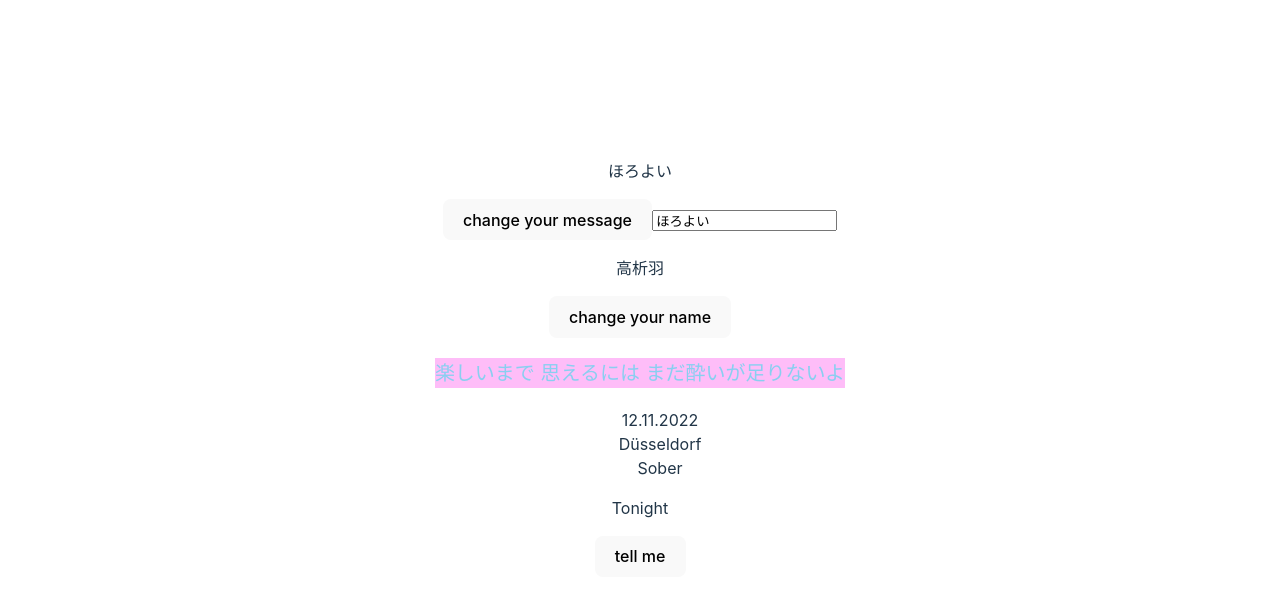
Repository: HyunraDate/NodaEmi
Page: /
The author's editor kept a copy of each file at every save. The page is drawn from the files as they stood at one save, then again after the next save.
The browser window is 1280 px wide. The pictures show the whole page.
The project was rebuilt for these pictures with package versions that can differ from the ones it lists, and the page was loaded fresh each time. Also part of the build but not shown: vite.config.js, src/components/HelloWorld.vue.

Above is the page before, as saved 2023-08-22 13:56:31.

### index.html
<!DOCTYPE html>
<html lang="en">
  <head>
    <meta charset="UTF-8" />
    <link rel="icon" type="image/svg+xml" href="/vite.svg" />
    <meta name="viewport" content="width=device-width, initial-scale=1.0" />
    <title>芭露蓓蕾姬斯之夜</title>
  </head>
  <body>
    <div id="app"></div>
    <script type="module" src="./src/main.js"></script>
  </body>
</html>

### src/main.js
import { createApp } from 'vue'
import './style.css'
import App from './watch and dance.vue'

createApp(App).mount('#app')

### src/watch and dance.vue
<script>
import HelloWorld from './components/HelloWorld.vue'
//声明式渲染 提高开发效率
export default {
  data(){
    return{
      message: "ほろよい",
      user:{
        name:"高析羽"
      },
      activeColor: '#89CFF0',
      fontSize: '20px',
      bgcColor: '#febdf8',
      styleObj: {
        color: '#89CFF0',
        fontSize:'20px',
        "background-color":'#febdf8'
      },  //if 前缀太多styleObj放里度， 后面直接用styleObj就得啦
      Dating:{date:"12.11.2022", plate:"Düsseldorf", word:"Sober"},
      now:"Tonight",

      num:1,
    };
  },

  methods: {
    feeling:function(){
      this.Dating.unshift('天亮之前一直和我跳舞吧！')
    },
    //因为unshift只能改变数组，Dating唔系数组！所以Error,所以直接 <li v-for="(i, index1) in num" :key='index1'>天亮之前一直和我跳舞吧！</li>

    /*feeling(){
      this.num++
    }
    */
  },

  watch:{ //监听数据变化
    //每当message变化是就会调用这个函数
    message:function(newValue, oldValue){
      console.log(newValue);
      console.log(oldValue);
      //with that实行异步操作or复杂逻辑代码
    },

    /*user:function(newValue){
      console.log(newValue);
    }
    */

    //when we need 深度监听deep, deep is 布尔类型Boolean 表示是否需要深度监听
    user:{
      handler:function(newValue){
        console.log(newValue);
      },
      deep: true, //i wanna deep watch,监听器会一层层向下监听，给对象每个属性都加上监听器
    }

  }
};
</script>

<template>
<!--组件实例的所有property，无论如何定义，都可以在组件的模板中访问-->
  <div>
    <p>{{ message }}</p>
    <button @click="message='hey yeah!'">change your message</button>
    <!--v-model数据的双向绑定-->
    <!--d.h 我在v-model的输入框改变message的话，上面data的message也会改变-->
    <input type="text" v-model="message">
    <p>{{ user.name }}</p>
    <button @click="user.name='Puppy'">change your name</button>
    <!--but监听不到对象属性的变化，so we need深度监听-->

    <!--Style样式的多种操作Ways-->
    <p :style="styleObj">楽しいまで 思えるには まだ酔いが足りないよ</p>
    <!--This is 驼峰语法
    :style 支持绑定 JavaScript 对象值，对应的是 HTML 元素的 style 属性：
    CSS property 名可以驼峰式（camelCase）或者短横线分隔（kebab-case），记得用引号括起来命名；
    <p :style="{key(css属性名):value(属性值，来着Data中的属性)}"></p>-->
    <!--ps点解background-color要''，因为有-连词符号，用'background-color'as a string-->
    <!--if前缀太多，将Style的元素放在上面Data度-->

    <!--v-for 使用对象, item表示键值，key表示键名
    你也可以使用 v-for 来遍历一个对象的所有属性。遍历的顺序会基于对该对象调用 Object.keys() 的返回值来决定。-->
    <ul style="list-style-type: none">
      <li v-for="item in Dating" :key="item">{{ item }}</li>
      <!--<li v-for="(item,key) in Dating" :key="key">{{ item }}->{{ key }}</li>-->

      <!--换一种方法，因为不想先把话说出来
        <li v-for="(i, index1) in num" :key='index1'>天亮之前一直和我跳舞吧！</li>
        -->
    </ul>

    <p>{{ now }}</p>
    <button @click="now='天亮之前一直和我跳舞吧！'">tell me</button>

  </div>

</template>

<style scoped>
.logo {
  height: 6em;
  padding: 1.5em;
  will-change: filter;
  transition: filter 300ms;
}
#Tonight{
  color:rgb(95, 116, 126);
}
#Tonight2{
  color:rgb(160, 43, 68);
}
.Tonight{
  font-size:50px;
}
.logo:hover {
  filter: drop-shadow(0 0 2em fuchsia);
}
.logo.vue:hover {
  filter: drop-shadow(0 0 2em #89CFF0);
}

</style>

Loaded but not shown: src/style.css (common file)

After the next save:
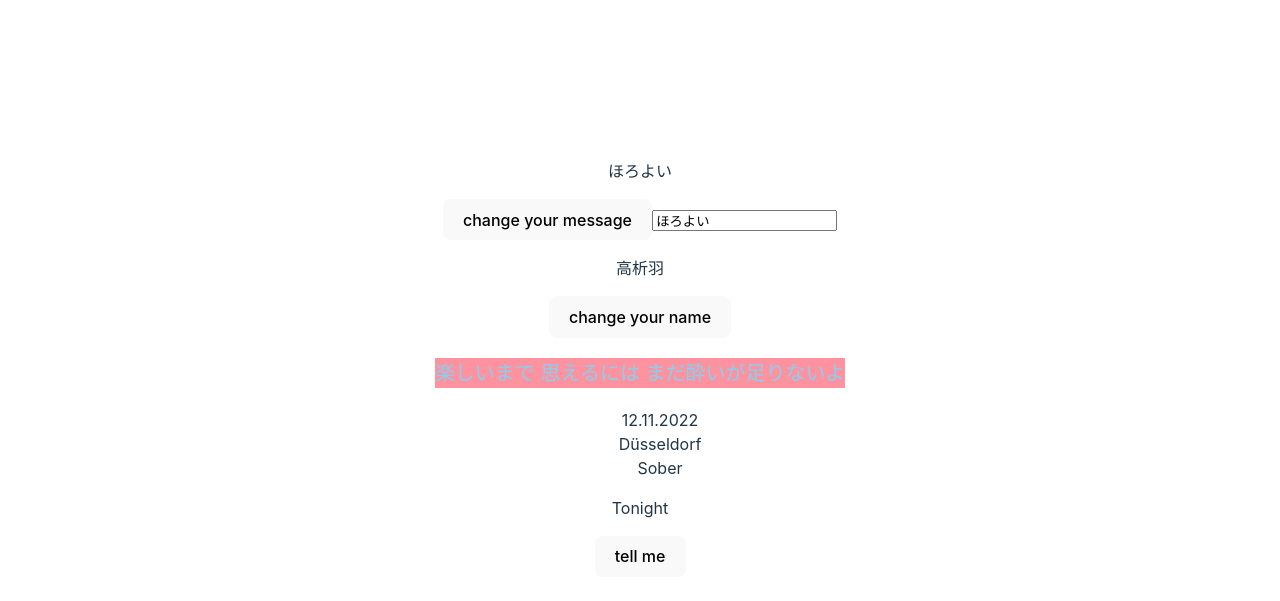
Saved 7 min 3 s later.
--- a/src/watch and dance.vue
+++ b/src/watch and dance.vue
@@ -14,7 +14,7 @@
       styleObj: {
         color: '#89CFF0',
         fontSize:'20px',
-        "background-color":'#febdf8'
+        "background-color":'#FE929F'//'#febdf8'
       },  //if 前缀太多styleObj放里度， 后面直接用styleObj就得啦
       Dating:{date:"12.11.2022", plate:"Düsseldorf", word:"Sober"},
       now:"Tonight",
